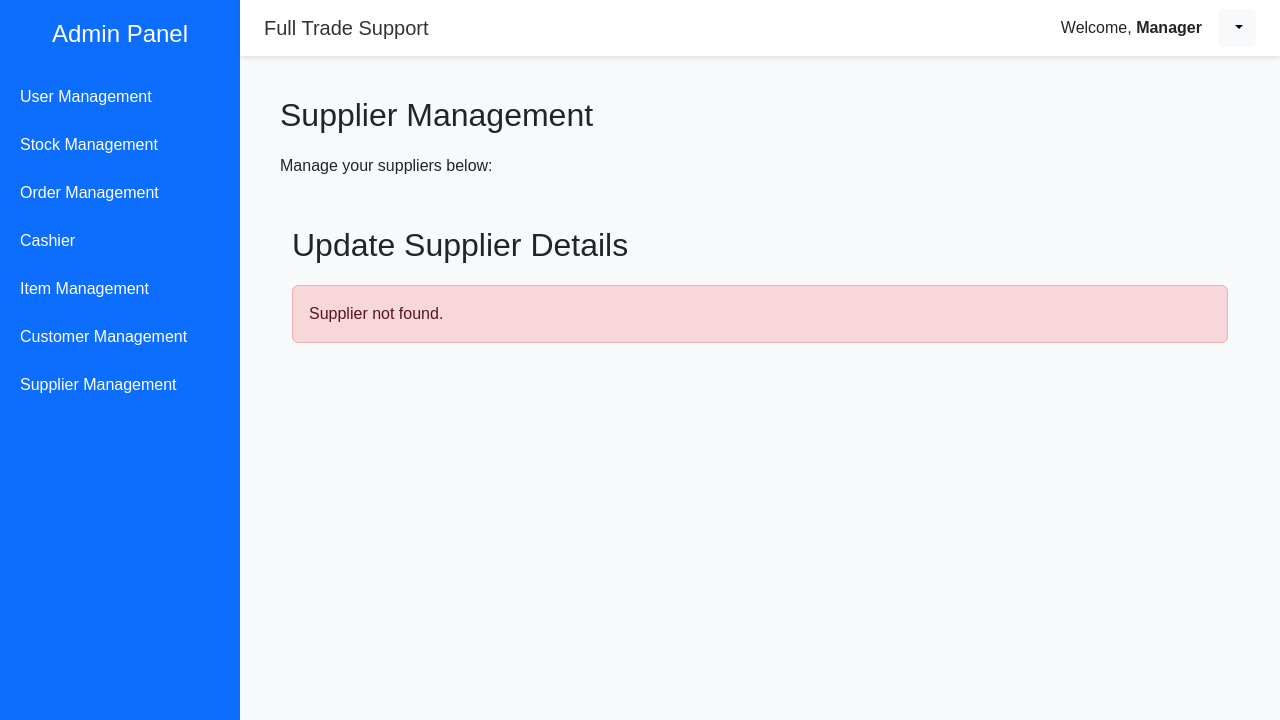
Repository: LakviduUpasara/onlineSparePartsManagementSystem
Page: http://localhost/Spare_parts_Management_Systems/supplier-update
An editor plug-in stored every save of this project. The page is shown before and after the next save, followed by the edit.
The browser window is 1280 px wide. The pictures show the whole page.
The page is served by Tomcat 9. Other server files are loaded and not shown. Queries for data that is not in the repository find no rows.

Above is the page before, as saved 2025-05-13 15:00:20.

### Project/Project/Spare_parts_Management_Systems/src/main/webapp/Maneger/supplier-update.jsp
<%@ page import="com.spareparts.model.Supplier" %>
<%@ page language="java" contentType="text/html; charset=UTF-8" pageEncoding="UTF-8"%>
<!DOCTYPE html>
<html>
<head>
    <meta charset="UTF-8">
    <title>Update Supplier</title>
    <link href="https://cdn.jsdelivr.net/npm/bootstrap@5.3.0/dist/css/bootstrap.min.css" rel="stylesheet">

       <link rel ="stylesheet" href="Css\Navigations_andAll.css">


</head>
<body>
  <!-- Sidebar -->
  <div class="sidebar">
    <h4 class="text-center mb-4">Manager  Panel</h4>
    <a href="#"><i class="fas fa-users"></i> User Management</a>
    <a href="#"><i class="fas fa-boxes"></i> Stock Management</a>
    <a href="#"><i class="fas fa-shopping-cart"></i> Order Management</a>
    <a href="#"><i class="fas fa-cash-register"></i> Cashier</a>
    <a href="#"><i class="fas fa-box"></i> Item Management</a>
    <a href="#"><i class="fas fa-user-friends"></i> Customer Management</a>
    <a href="#"><i class="fas fa-truck"></i> Supplier Management</a>
  </div>
<div class="sidebar">
    <h4 class="text-center mb-4">Admin  Panel</h4>
    <a href=" GetAllServlet"><i class="fas fa-users"></i> User Management</a>
    <a href="#"><i class="fas fa-boxes"></i> Stock Management</a>
    <a href="#"><i class="fas fa-shopping-cart"></i> Order Management</a>
    <a href="#"><i class="fas fa-cash-register"></i> Cashier</a>
    <a href="#"><i class="fas fa-box"></i> Item Management</a>
    <a href="#"><i class="fas fa-user-friends"></i> Customer Management</a>
    <a href="supplier-list"><i class="fas fa-truck"></i> Supplier Management</a>
  </div>


  <!-- Main Content -->
  <div class="main-content">
    <nav class="navbar navbar-expand-lg navbar-light px-4">
      <a class="navbar-brand" href="#">Full Trade Support</a>
      <div class="ms-auto d-flex align-items-center">
        <span class="me-3">Welcome, <strong>Manager</strong></span>
        <div class="dropdown">
          <a class="btn btn-light dropdown-toggle" href="#" id="userDropdown" data-bs-toggle="dropdown">
            <i class="fas fa-user-circle"></i>
          </a>
          <ul class="dropdown-menu dropdown-menu-end" aria-labelledby="userDropdown">
            <li><a class="dropdown-item" href="profile.jsp">Profile</a></li>
            <li><a class="dropdown-item" href="#">Settings</a></li>
            <li><hr class="dropdown-divider"></li>
            <li><a class="dropdown-item text-danger" href="#">Logout</a></li>
          </ul>
        </div>
      </div>
    </nav>

    <div class="dashboard-content">
      <h2>Supplier Management</h2>
      <p>Manage your suppliers below:</p>


    <div class="container mt-5">
        <h2>Update Supplier Details</h2>
        <%
            Supplier supplier = (Supplier) request.getAttribute("supplier");
            if (supplier != null) {
        %>
        <form action="supplier-update" method="post">
            <input type="hidden" name="supplierId" value="<%= supplier.getSupplierID() %>">

            <div class="mb-3">
                <label for="supplierName" class="form-label">Name</label>
                <input type="text" class="form-control" name="supplierName" value="<%= supplier.getSupplierName() %>" required>
            </div>
            <div class="mb-3">
                <label for="contactNumber" class="form-label">Contact Number</label>
                <input type="text" class="form-control" name="contactNumber" value="<%= supplier.getContactNumber() %>" required>
            </div>
            <div class="mb-3">
                <label for="address" class="form-label">Address</label>
                <textarea class="form-control" name="address" required><%= supplier.getAddress() %></textarea>
            </div>

            <button type="submit" class="btn btn-primary">Update Supplier</button>
            <a href="supplier-list" class="btn btn-secondary">Cancel</a>
        </form>
        <% } else { %>
            <div class="alert alert-danger">Supplier not found.</div>
        <% } %>
    </div>
</body>
</html>

### Project/Project/Spare_parts_Management_Systems/src/main/java/com/spareparts/servlet/SupplierUpdateServlet.java
package com.spareparts.servlet;

import com.spareparts.controller.SupplierController;
import com.spareparts.model.Supplier;

import javax.servlet.*;
import javax.servlet.annotation.WebServlet;
import javax.servlet.http.*;
import java.io.IOException;

@WebServlet("/supplier-update")
public class SupplierUpdateServlet extends HttpServlet {

	private SupplierController supplierDAO;

    public void init() {
        supplierDAO = new SupplierController();
    }

    protected void doGet(HttpServletRequest request, HttpServletResponse response)
            throws ServletException, IOException {

        String id = request.getParameter("id");
        Supplier supplier = supplierDAO.getSupplierById(id);
        request.setAttribute("supplier", supplier);
        RequestDispatcher dispatcher = request.getRequestDispatcher("Maneger/supplier-update.jsp");
        dispatcher.forward(request, response);
    }

    protected void doPost(HttpServletRequest request, HttpServletResponse response)
            throws ServletException, IOException {

        String id = request.getParameter("supplierId");
        String name = request.getParameter("supplierName");
        String contact = request.getParameter("contactNumber");
        String address = request.getParameter("address");

        boolean updated = supplierDAO.updateSupplier(id, name, contact, address);
        if (updated) {
        	String alterMessage = "Supllier Details Update successful";
			response.getWriter().println("<script> alert('"+alterMessage+"'); window.location.href='supplier-list'</script>");

        } else {
            response.getWriter().println("Failed to update supplier.");
        }
    }
}

### Project/Project/Spare_parts_Management_Systems/src/main/java/com/spareparts/util/DBConnection.java
package com.spareparts.util;

import java.sql.Connection;
import java.sql.DriverManager;

public class DBConnection {
	private static String url = "jdbc:mysql://localhost:3306/Spareparts";
	private static String user = "root";
	private static String pass = "Lakvidu@2001";
	private static Connection con;

	public static Connection getConnection() {
		try {
			Class.forName("com.mysql.jdbc.Driver");
			con = DriverManager.getConnection(url, user, pass);
		}
		catch(Exception e) {
			System.out.println("Database not connect !");
		}
		return con;
	}



}

### Project/Project/Spare_parts_Management_Systems/src/main/webapp/Css/Navigations_andAll.css
@charset "UTF-8";
    body {
      margin: 0;
      font-family: Arial, sans-serif;
      background-color: #f8f9fa;
    }
    .sidebar {
      height: 100vh;
      background-color: #0d6efd;
      color: white;
      position: fixed;
      width: 240px;
      padding-top: 20px;
    }
    .sidebar a {
      color: white;
      text-decoration: none;
      display: block;
      padding: 12px 20px;
      font-size: 16px;
    }
    .sidebar a:hover {
      background-color: #0b5ed7;
    }
    .main-content {
      margin-left: 240px;
    }
    .navbar {
      background-color: #ffffff;
      box-shadow: 0 2px 4px rgba(0, 0, 0, 0.1);
    }
    .navbar .nav-link, .navbar .navbar-brand {
      color: #333;
    }
    .dashboard-content {
      padding: 40px;
      min-height: calc(100vh - 56px);
    }
    .dashboard-content h2 {
      margin-bottom: 20px;
    }
    .table-container {
      margin-top: 40px;
    }

After the next save:
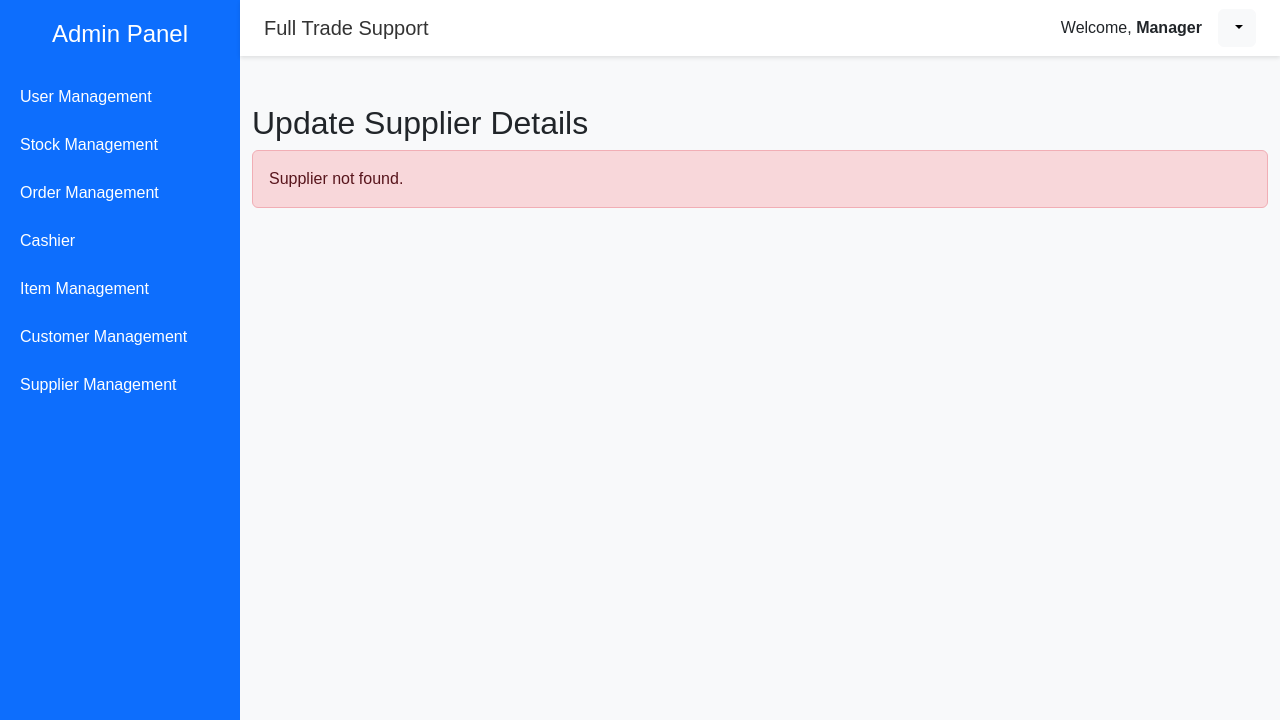
Saved 49 s later.
--- a/Project/Project/Spare_parts_Management_Systems/src/main/webapp/Maneger/supplier-update.jsp
+++ b/Project/Project/Spare_parts_Management_Systems/src/main/webapp/Maneger/supplier-update.jsp
@@ -55,9 +55,7 @@
       </div>
     </nav>
 
-    <div class="dashboard-content">
-      <h2>Supplier Management</h2>
-      <p>Manage your suppliers below:</p>
+
 
 
     <div class="container mt-5">
